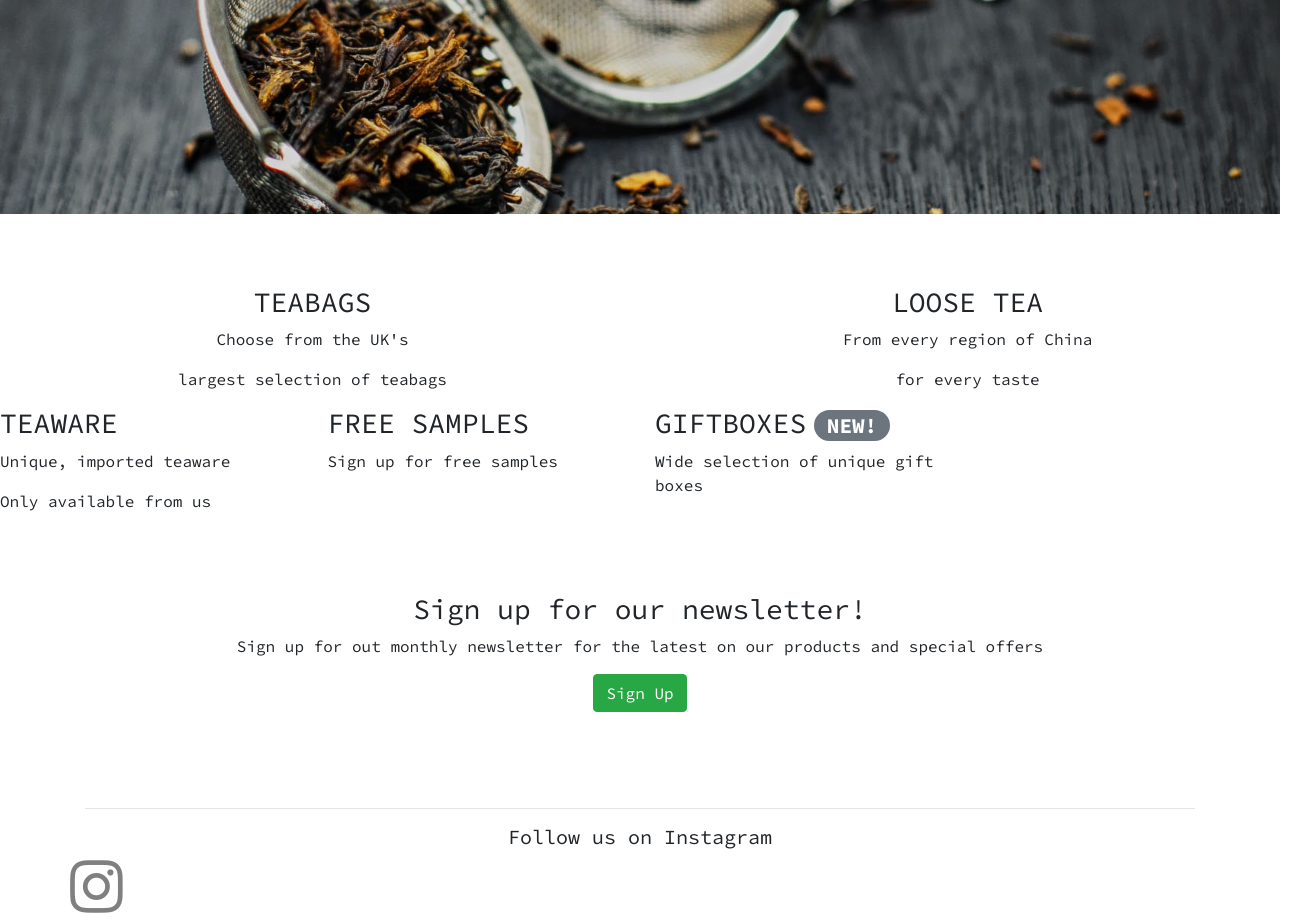
Repository: Code-Institute-Submissions/china-tea
Page: index.html
The author's editor kept a record of every edit. The page is drawn from the files as they stood at one moment, then again after the next edit.
The browser window is 1280 px wide. The page is 1295 px wide, so the pictures cover 1295 px, including what lies to the right of the window. The pictures show the part of the page from y = 744 to 1668 px (the page is 2248 px tall).
Backgrounds fixed to the window are drawn as part of the page. Some web libraries are served in a nearby version.

Above is the page before.

After the next edit:
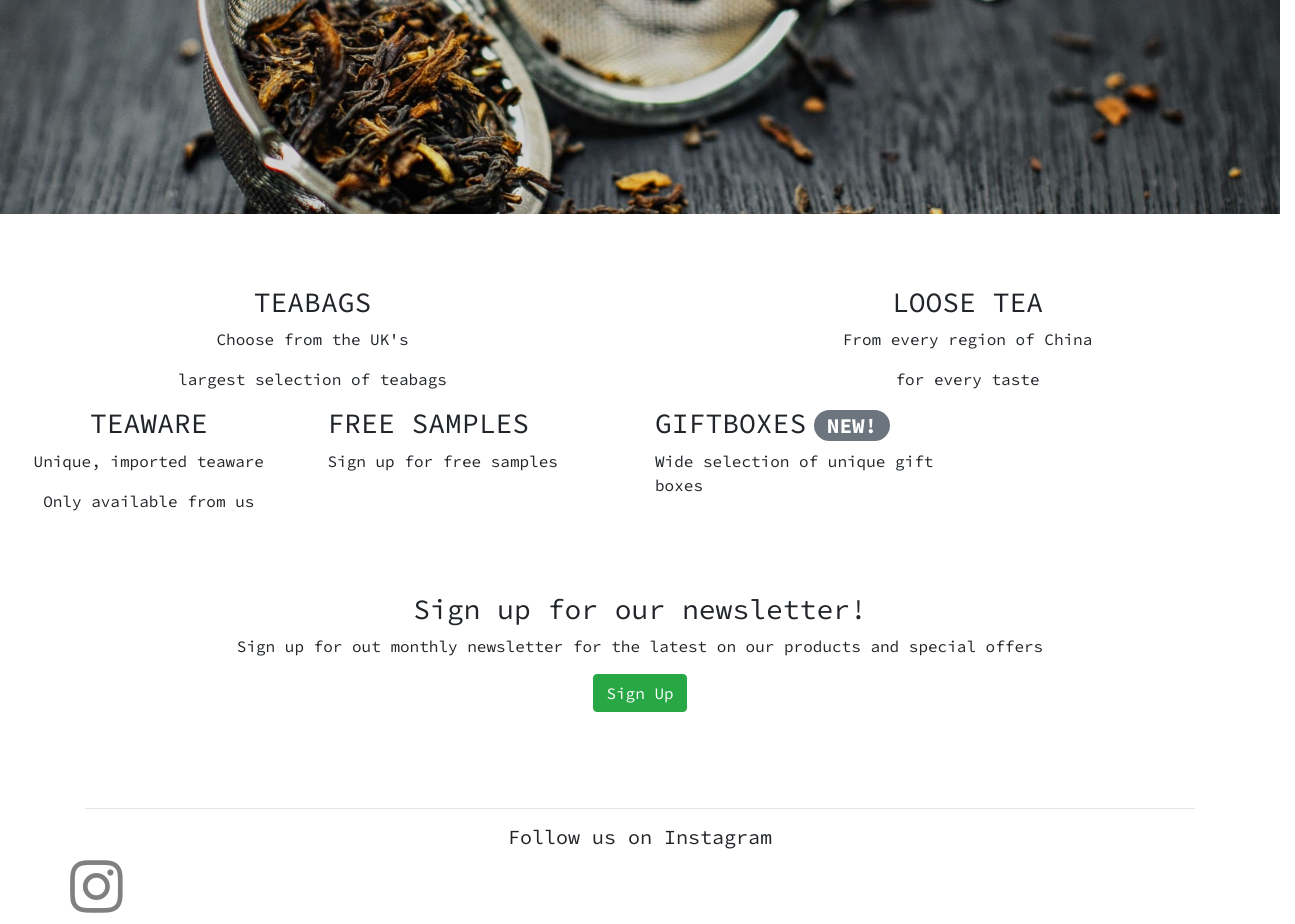
The edit:
--- a/index.html
+++ b/index.html
@@ -145,7 +145,7 @@
 
 
             <div class="row">
-                <div class="col-12 col-sm-3">
+                <div class="col-12 col-sm-3 individual-purchase">
                     <div class="teaware">
                         <h3 class="text-uppercase">Teaware</h3>
                         <p>Unique, imported teaware</p>
